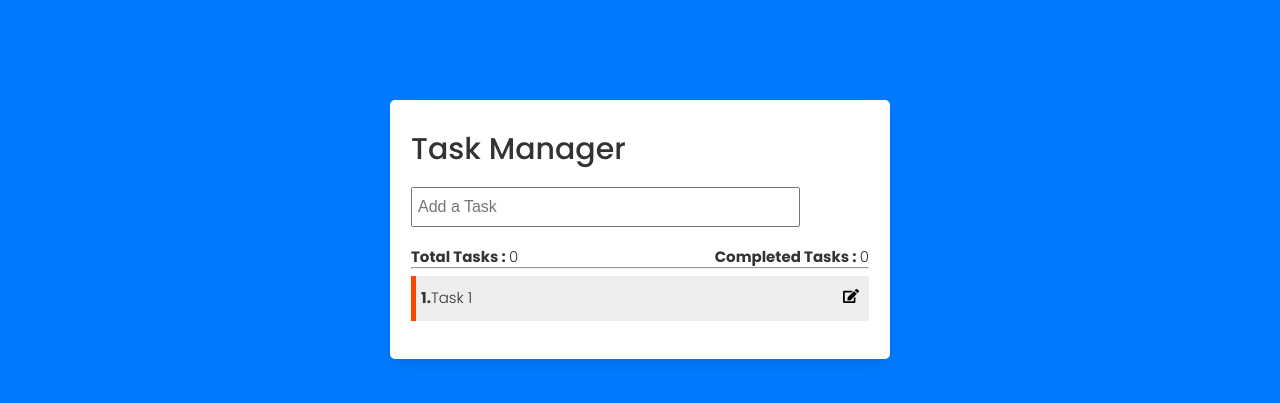
Repository: lucas-andedi/mern-task-manager-app-backend
Page: / (app in frontend/)
These files come from the project's save history. The page is drawn as it stood at one moment and after the next save; the edit follows.
The browser window is 1280 px wide. The pictures show the whole page.
The project was rebuilt for these pictures with package versions that can differ from the ones it lists, and the page was loaded fresh each time.

Above is the page before, as saved 2022-11-28 16:41:14.

### frontend/src/App.js
import { ToastContainer, toast } from 'react-toastify';
import 'react-toastify/dist/ReactToastify.css';
import TaskList from "./components/TaskList";

function App() {
  return (
    <div className="app">
      <div className="task-container">
        <TaskList />
      </div>
      <ToastContainer />
    </div>
  );
}

export default App;

### frontend/src/components/TaskList.js
import Task from "./Task"
import TaskForm from "./TaskForm"


const TaskList = () => {
  return (
    <div>
      <h2>Task Manager</h2>
      <TaskForm />
      <div className="--flex-between --pb">
        <p>
          <b>Total Tasks : </b> 0
        </p>
        <p>
          <b>Completed Tasks : </b> 0
        </p>
      </div>
      <hr />
      <Task />
    </div>
  )
}

export default TaskList

### frontend/src/components/Task.js
import { FaCheckDouble, FaEdit , FaRegTrashAlt} from 'react-icons/fa'

const Task = () => {
  return (
    <div className="task">
      <p>
        <b>1.</b>
        Task 1
      </p>
      <div className="task-icons">
        <FaEdit />
      </div>
    </div>
  )
}

export default Task

### frontend/src/components/TaskForm.js


const TaskForm = ({ createTask , name,handleInputChange}) => {
  return (
    <form action="" className="task-form" onSubmit={createTask}>
        <input type="text" placeholder="Add a Task" name="name" value={name} onChange={handleInputChange} />

    </form>
  )
}

export default TaskForm

Loaded but not shown: frontend/public/index.html (common file); frontend/src/index.js (common file); frontend/src/index.css (common file)

After the next save:
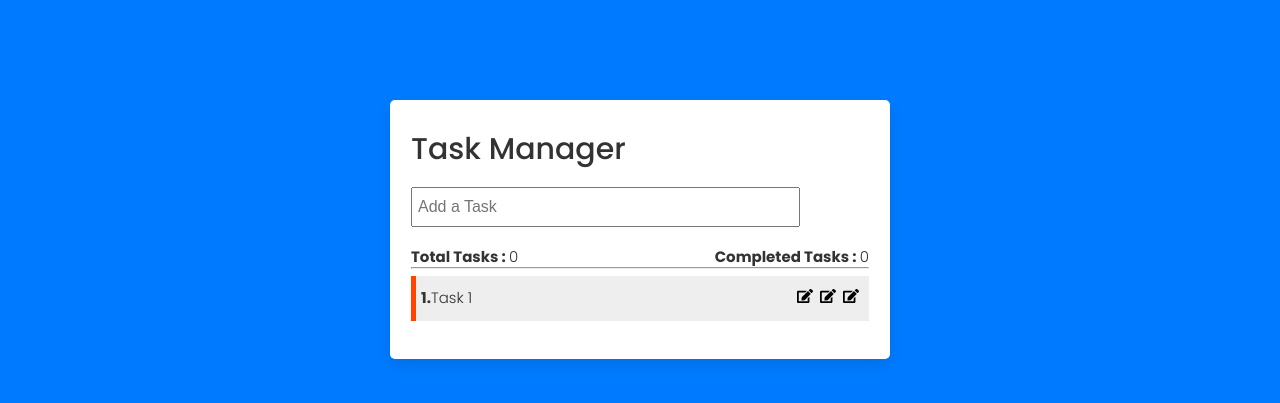
Saved 38 s later.
--- a/frontend/src/components/Task.js
+++ b/frontend/src/components/Task.js
@@ -8,6 +8,8 @@ const Task = () => {
         Task 1
       </p>
       <div className="task-icons">
+      <FaEdit />
+      <FaEdit />
         <FaEdit />
       </div>
     </div>
